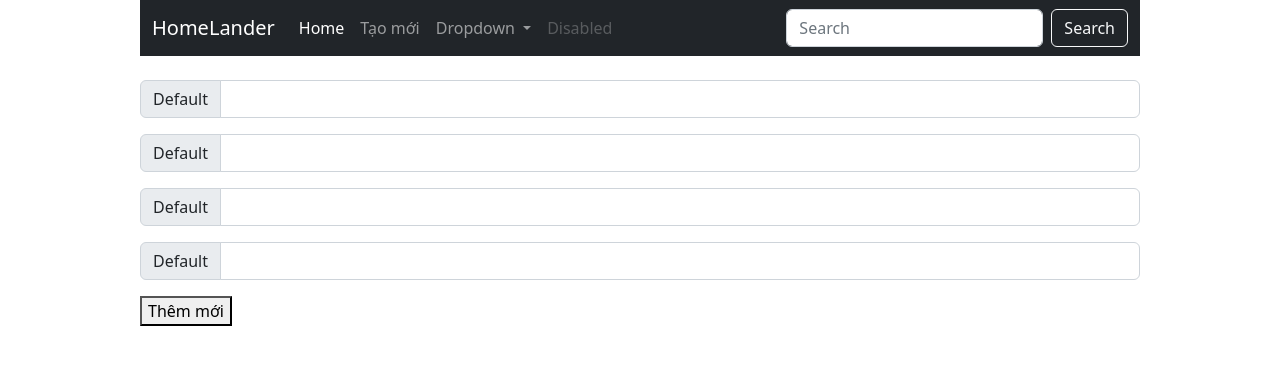
Repository: nguyenhung50497/MD3_CRUD-2Table
Page: src/views/create.html
An editor plug-in stored every save of this project. The page is shown before and after the next save, followed by the edit.
The browser window is 1280 px wide. The pictures show the whole page.

Above is the page before, as saved 2022-12-28 15:35:04.

### src/views/create.html
<!doctype html>
<html lang="en">
  <head>
    <meta charset="utf-8">
    <meta name="viewport" content="width=device-width, initial-scale=1">
    <title>Home</title>
    <link href="https://cdn.jsdelivr.net/npm/bootstrap@5.2.3/dist/css/bootstrap.min.css" rel="stylesheet" integrity="sha384-rbsA2VBKQhggwzxH7pPCaAqO46MgnOM80zW1RWuH61DGLwZJEdK2Kadq2F9CUG65" crossorigin="anonymous">
  </head>
  <body>
    <div class="container" style="width: 80%;">
      <nav class="navbar navbar-dark bg-dark navbar-expand-lg">
        <div class="container-fluid">
          <a class="navbar-brand" href="/home">HomeLander</a>
          <button class="navbar-toggler" type="button" data-bs-toggle="collapse" data-bs-target="#navbarSupportedContent" aria-controls="navbarSupportedContent" aria-expanded="false" aria-label="Toggle navigation">
            <span class="navbar-toggler-icon"></span>
          </button>
          <div class="collapse navbar-collapse" id="navbarSupportedContent">
            <ul class="navbar-nav me-auto mb-2 mb-lg-0">
              <li class="nav-item">
                <a class="nav-link active" aria-current="page" href="/home">Home</a>
              </li>
              <li class="nav-item">
                <a class="nav-link" href="/create">Tạo mới</a>
              </li>
              <li class="nav-item dropdown">
                <a class="nav-link dropdown-toggle" href="#" role="button" data-bs-toggle="dropdown" aria-expanded="false">
                  Dropdown
                </a>
                <ul class="dropdown-menu">
                  <li><a class="dropdown-item" href="#">Action</a></li>
                  <li><a class="dropdown-item" href="#">Another action</a></li>
                  <li><hr class="dropdown-divider"></li>
                  <li><a class="dropdown-item" href="#">Something else here</a></li>
                </ul>
              </li>
              <li class="nav-item">
                <a class="nav-link disabled">Disabled</a>
              </li>
            </ul>
            <form class="d-flex" role="search" method="post">
              <input class="form-control me-2" name="search" type="search" placeholder="Search" aria-label="Search">
              <button class="btn btn-outline-light" type="submit">Search</button>
            </form>
          </div>
        </div>
      </nav>
      <br>
      <form action="/create" method="post">
        <div class="input-group mb-3">
          <span class="input-group-text" id="inputGroup-sizing-default">Default</span>
          <input type="text" name="name" class="form-control" aria-label="Sizing example input" aria-describedby="inputGroup-sizing-default">
        </div>
        <div class="input-group mb-3">
          <span class="input-group-text" id="inputGroup-sizing-default">Default</span>
          <input type="text" name="price" class="form-control" aria-label="Sizing example input" aria-describedby="inputGroup-sizing-default">
        </div>
        <div class="input-group mb-3">
          <span class="input-group-text" id="inputGroup-sizing-default">Default</span>
          <input type="text" name="description" class="form-control" aria-label="Sizing example input" aria-describedby="inputGroup-sizing-default">
        </div>
        <div class="input-group mb-3">
          <span class="input-group-text" id="inputGroup-sizing-default">Default</span>
          <input type="text" class="form-control" aria-label="Sizing example input" aria-describedby="inputGroup-sizing-default">
        </div>
        <button type="submit">Thêm mới</button>
    </form>
    </div>
    <script src="https://cdn.jsdelivr.net/npm/bootstrap@5.2.3/dist/js/bootstrap.bundle.min.js" integrity="sha384-kenU1KFdBIe4zVF0s0G1M5b4hcpxyD9F7jL+jjXkk+Q2h455rYXK/7HAuoJl+0I4" crossorigin="anonymous"></script>
  </body>
</html>

After the next save:
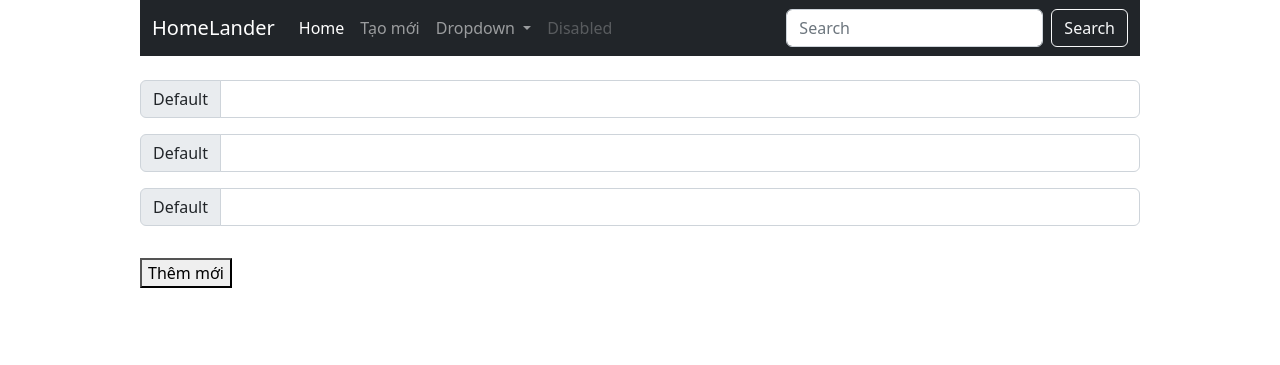
Saved 4 s later.
--- a/src/views/create.html
+++ b/src/views/create.html
@@ -59,8 +59,7 @@
           <input type="text" name="description" class="form-control" aria-label="Sizing example input" aria-describedby="inputGroup-sizing-default">
         </div>
         <div class="input-group mb-3">
-          <span class="input-group-text" id="inputGroup-sizing-default">Default</span>
-          <input type="text" class="form-control" aria-label="Sizing example input" aria-describedby="inputGroup-sizing-default">
+
         </div>
         <button type="submit">Thêm mới</button>
     </form>
